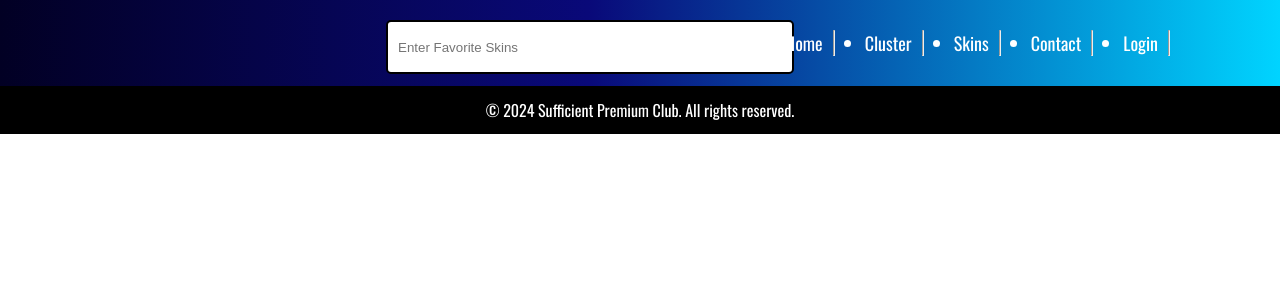
Repository: TechMukul/new
Page: /About
The author's editor kept a copy of each file at every save. The page is drawn from the files as they stood at one save, then again after the next save.
The browser window is 1280 px wide. The pictures show the whole page.
Some web fonts or font styles are not loaded; a fallback is used. The project was rebuilt for these pictures with package versions that can differ from the ones it lists, and the page was loaded fresh each time. The framework's server and built-in components were replaced by stand-ins that run in the browser. Also part of the build but not shown: next.config.mjs.

Above is the page before, as saved 2024-08-09 14:42:06.

After the next save:
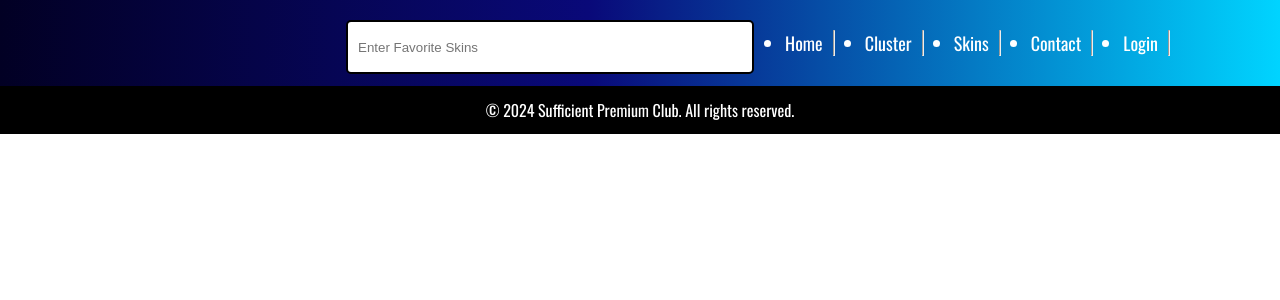
Saved 100 s later.
--- a/Components/Navbar/index.module.scss
+++ b/Components/Navbar/index.module.scss
@@ -2,8 +2,6 @@
   display: flex;
   justify-content: end;
   padding: 30px;
-  // width: 100%;
-  // position: absolute;
   color: white;
   background: rgb(2,0,36);
   background: linear-gradient(90deg, rgba(2,0,36,1) 0%, rgba(9,9,121,1) 46%, rgba(0,212,255,1) 100%);
@@ -18,7 +16,7 @@
     display: flex;
     justify-content: center;
     top: 20px;
-    right: 50px;
+    right: 90px;
     .input{
       padding: 10px;
       width: 30%;
